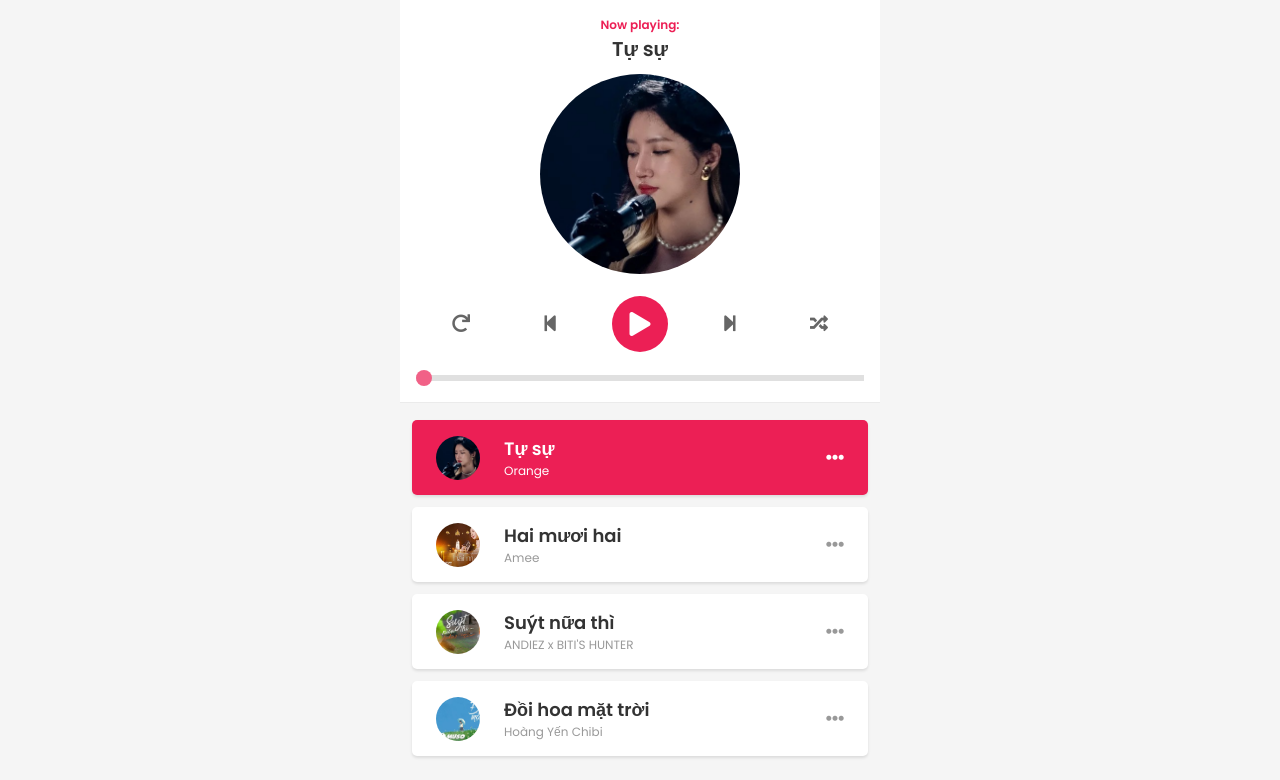
Repository: tannv3201/learn_JS_F8
Page: Example/Music player/index.html
These files come from the project's save history. The page is drawn as it stood at one moment and after the next save; the edit follows.
The browser window is 1280 px wide. The pictures show the whole page.

Above is the page before, as saved 2022-08-17 14:13:50.

After the next save:
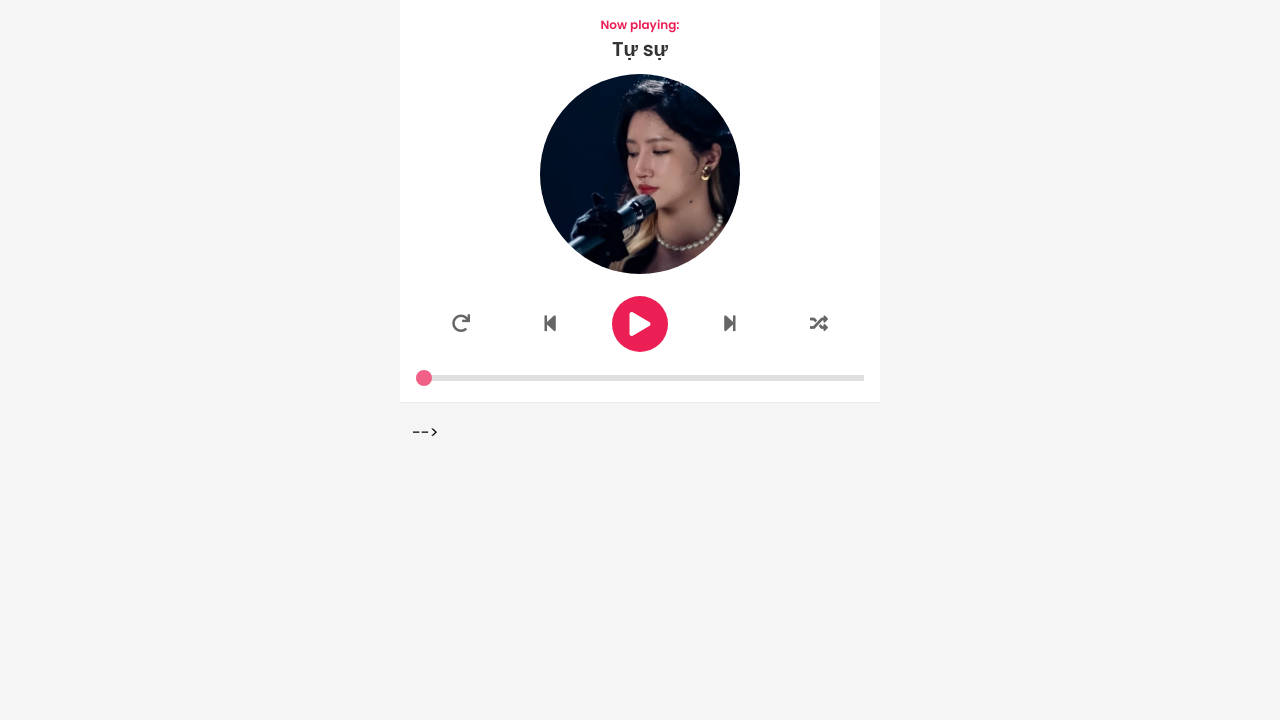
Console error: TypeError: Cannot read properties of null (reading 'setAttribute')
Saved 74 s later.
--- a/Example/Music player/main.js
+++ b/Example/Music player/main.js
@@ -202,6 +202,7 @@
         heading.textContent = this.currentSong.name;
         cdThumb.style.backgroundImage = `url('./${this.currentSong.image}')`;
         audio.src = this.currentSong.path;
+        song.setAttribute('class', 'song active');
     },
 
     // Next

After the 2 saves that followed:
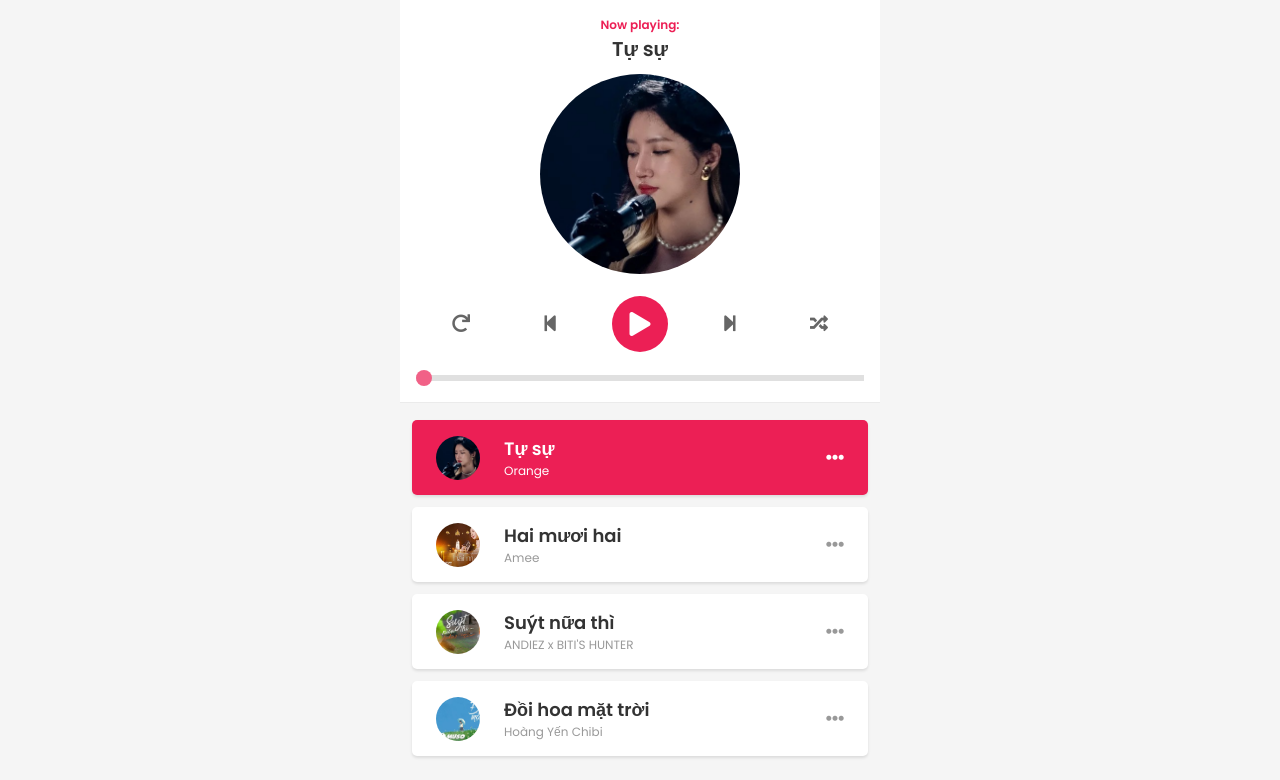
The error is gone.
The 2 saves are shown as one change because 1 left the picture as it was.
The last was saved 58 s later.
--- a/Example/Music player/main.js
+++ b/Example/Music player/main.js
@@ -202,7 +202,6 @@
         heading.textContent = this.currentSong.name;
         cdThumb.style.backgroundImage = `url('./${this.currentSong.image}')`;
         audio.src = this.currentSong.path;
-        song.setAttribute('class', 'song active');
     },
 
     // Next
